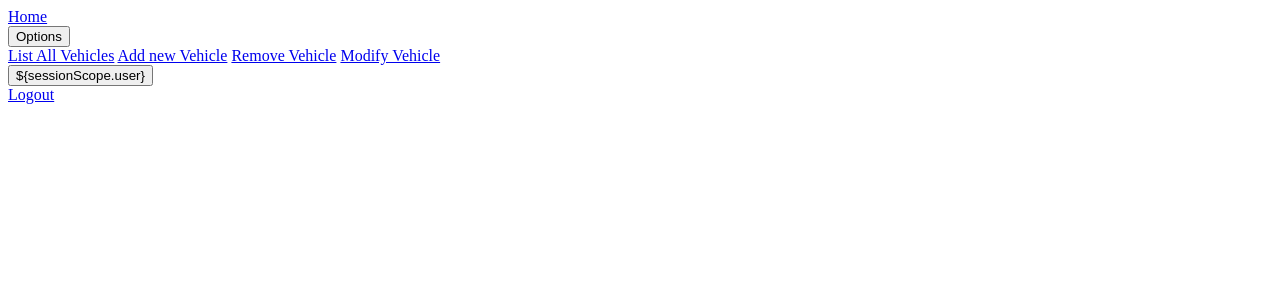
Repository: kensevv/nevexisDemos
Page: Car_Rental_Management_System/src/main/webapp/htmlTemplates/navigationBar.html
The author's editor kept a copy of each file at every save. The page is drawn from the files as they stood at one save, then again after the next save.
The browser window is 1280 px wide. The pictures show the whole page.

Above is the page before, as saved 2021-03-26 09:48:29.

### Car_Rental_Management_System/src/main/webapp/htmlTemplates/navigationBar.html
<div class="navbar">
		<a href="home.jsp">Home</a>
		<div class="dropdown">
			<button class="dropbtn">
				Options <i class="fa fa-caret-down"></i>
			</button>
			<div class="dropdown-content">
				<a href="list">List All Vehicles</a>
				<a href="VehicleForm.jsp">Add new Vehicle</a>
				<a href="removeForm">Remove Vehicle</a>
				<a href="edit">Modify Vehicle</a>
			</div>
		</div>
		<div id = "usereInformation" class = "dropdown">
			<button class = "dropbtn">
				${sessionScope.user} <i class="fa fa-caret-down"></i>
			</button>
			<div class="dropdown-content">
				<a href="login.jsp">Logout</a>
			</div>
		</div>
	</div>

After the next save:
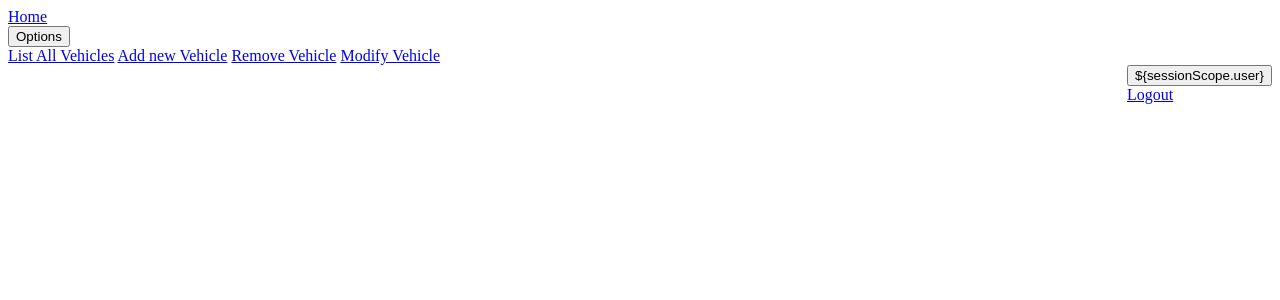
Saved 18 s later.
--- a/Car_Rental_Management_System/src/main/webapp/htmlTemplates/navigationBar.html
+++ b/Car_Rental_Management_System/src/main/webapp/htmlTemplates/navigationBar.html
@@ -11,7 +11,7 @@
 				<a href="edit">Modify Vehicle</a>
 			</div>
 		</div>
-		<div id = "usereInformation" class = "dropdown">
+		<div style="float: right;" class = "dropdown">
 			<button class = "dropbtn">
 				${sessionScope.user} <i class="fa fa-caret-down"></i>
 			</button>

After the save that followed:
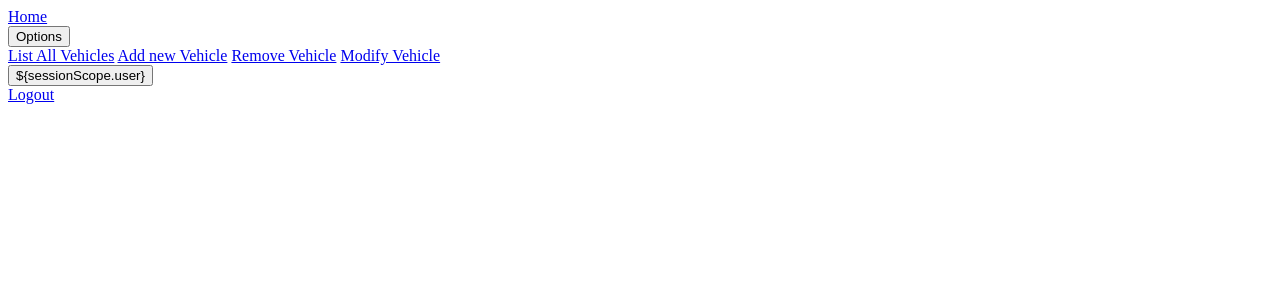
Saved 27 s later.
--- a/Car_Rental_Management_System/src/main/webapp/htmlTemplates/navigationBar.html
+++ b/Car_Rental_Management_System/src/main/webapp/htmlTemplates/navigationBar.html
@@ -11,7 +11,7 @@
 				<a href="edit">Modify Vehicle</a>
 			</div>
 		</div>
-		<div style="float: right;" class = "dropdown">
+		<div id="navUser" class = "dropdown">
 			<button class = "dropbtn">
 				${sessionScope.user} <i class="fa fa-caret-down"></i>
 			</button>
